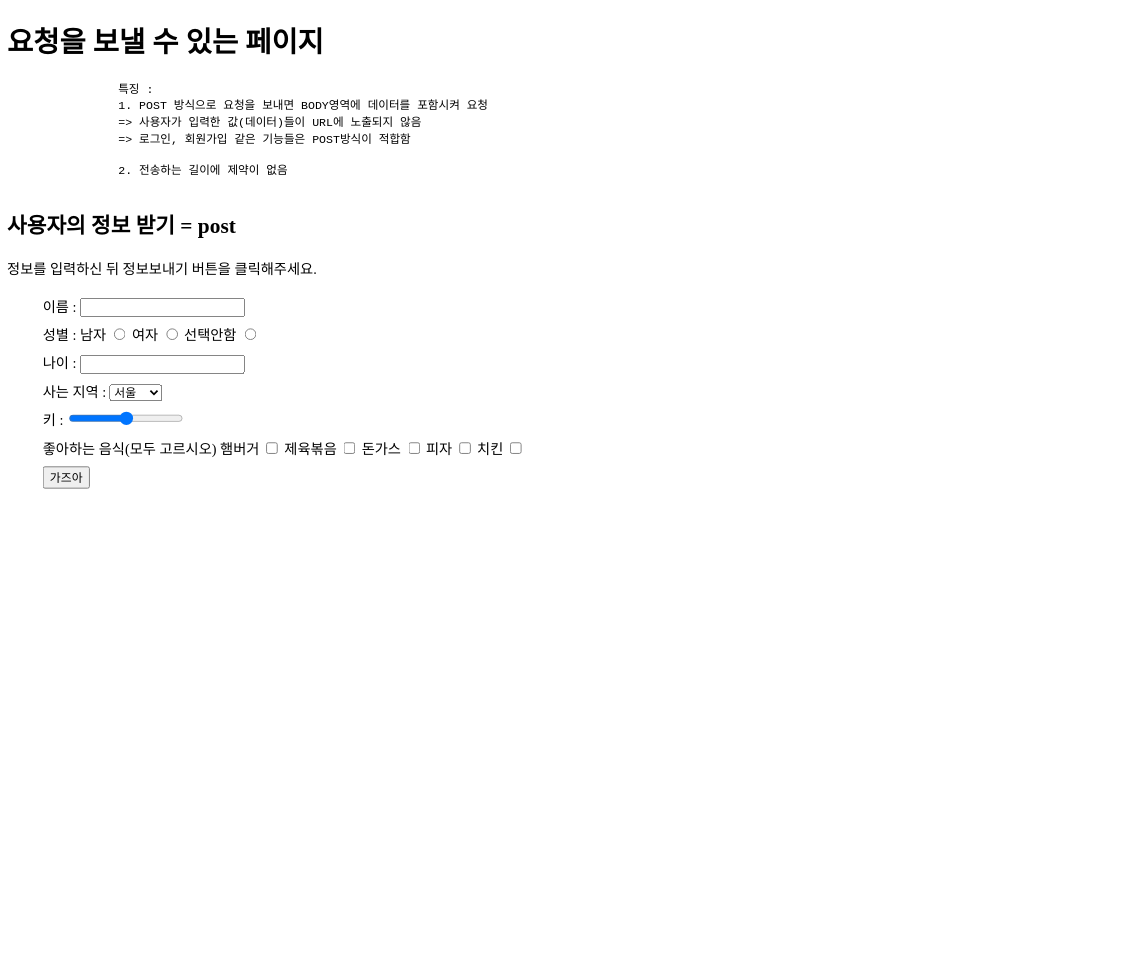
Repository: ghksl0204-shapa/dynamic-web
Page: MyFirstWebProject/src/main/webapp/views/request_post.html
These files come from the project's save history. The page is drawn as it stood at one moment and after the next save; the edit follows.
The browser window is 1280 px wide. The pictures show the whole page, at 89% of full size.

Above is the page before, as saved 2026-05-06 00:21:13.

After the next save:
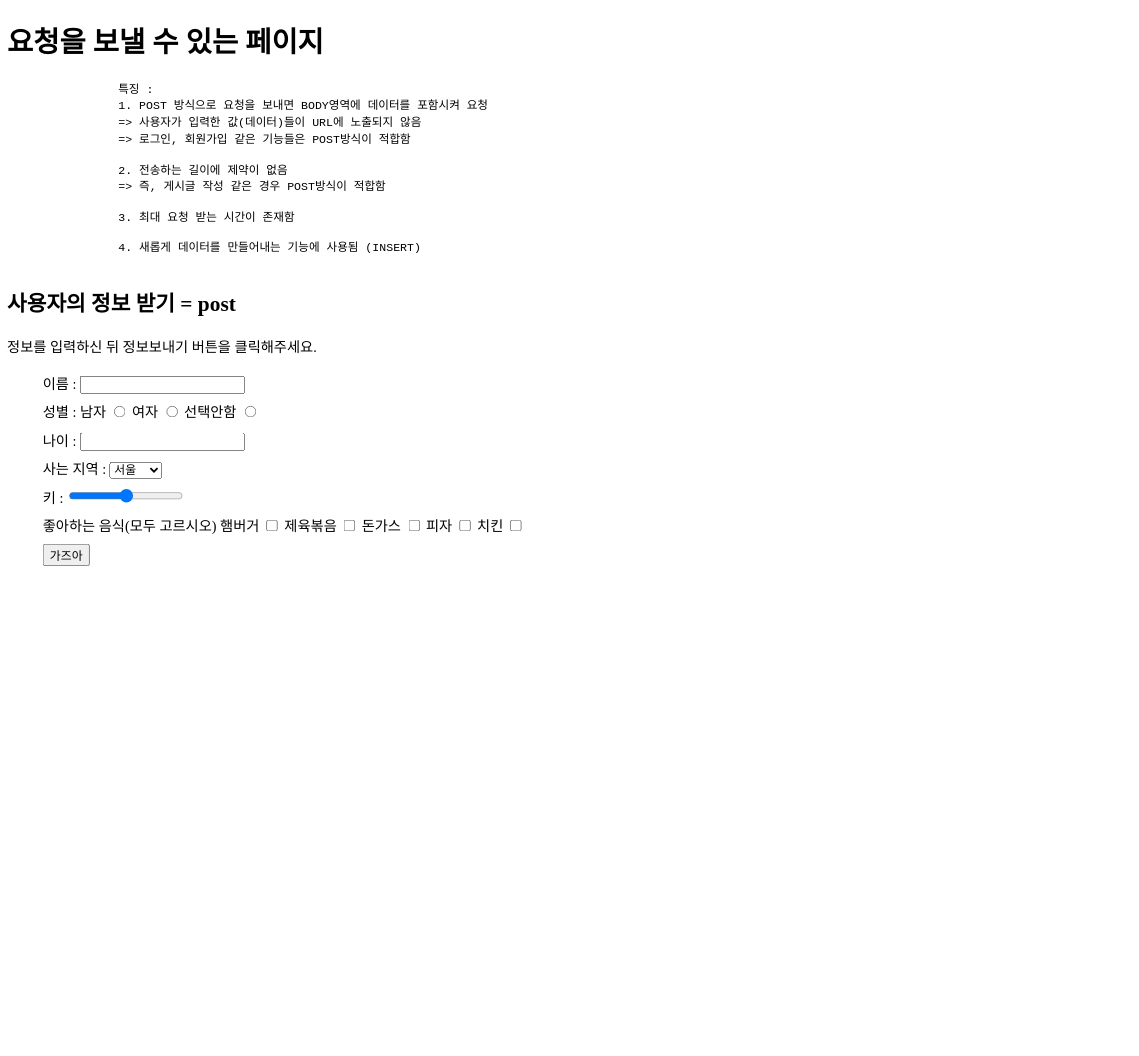
Saved 5 min 52 s later.
--- a/MyFirstWebProject/src/main/webapp/views/request_post.html
+++ b/MyFirstWebProject/src/main/webapp/views/request_post.html
@@ -2,7 +2,7 @@
 <html>
 <head>
 <meta charset="UTF-8">
-<title>request page</title>
+<title>request page(post)</title>
 <style>
 	ul{
 		list-style : none;
@@ -20,10 +20,14 @@
 		=> 로그인, 회원가입 같은 기능들은 POST방식이 적합함
 
 		2. 전송하는 길이에 제약이 없음
+		=> 즉, 게시글 작성 같은 경우 POST방식이 적합함
+
+		3. 최대 요청 받는 시간이 존재함
+
+		4. 새롭게 데이터를 만들어내는 기능에 사용됨 (INSERT)
 	</pre>
 
 	<h2> 사용자의 정보 받기 = post</h2>
-
 	<p>정보를 입력하신 뒤 정보보내기 버튼을 클릭해주세요.</p>
 
 	<!--
@@ -31,10 +35,10 @@
 		form 태그의 속성 중 action 속성에 작성된 URL로 요철을 보냄!!!
 		Controller 로 요청을 보내야함 -> Servlet
 
-		http://localhost:8088/first
+		http://localhost:8088/first/ServletMapping값/
 	 -->
 
-	<form action="http://localhost:8088/first/first.do" method="get">
+	<form action="http://localhost:8088/first/first.do" method="post">
 		<ul>
 			<li>
 				이름 : <input type="text" name="name" />
